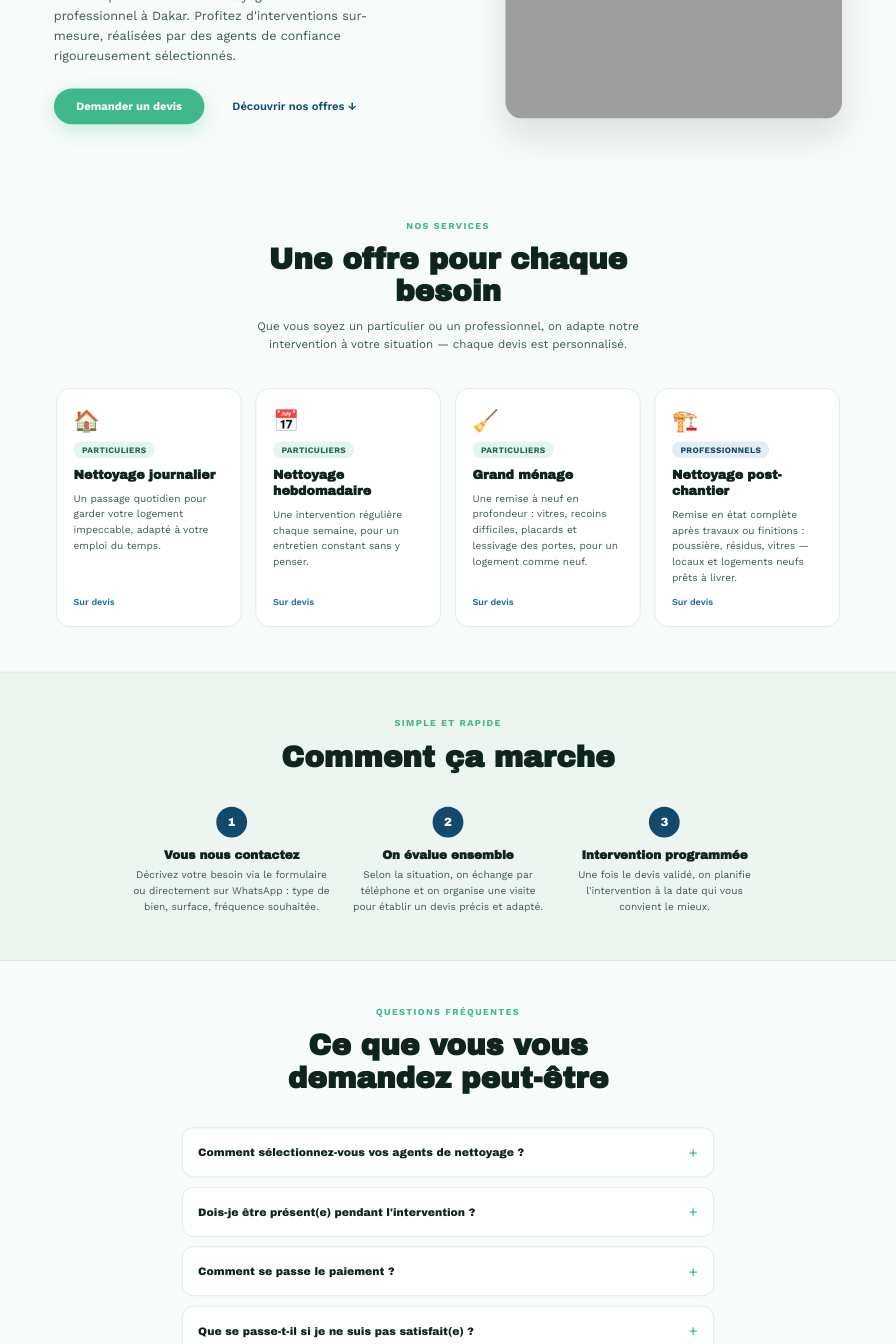
Repository: AntaaaKD/Mme-Propre
Page: index.html
An editor plug-in stored every save of this project. The page is shown before and after a run of saves, followed by the edit.
The browser window is 1280 px wide. The pictures show the part of the page from y = 391 to 2311 px (the page is 3759 px tall before and 4381 px after), at 70% of full size.
Pictures or frames that could not be fetched are drawn as grey boxes.

Above is the page before, as saved 2026-07-29 00:18:18.

After the next 4 saves:
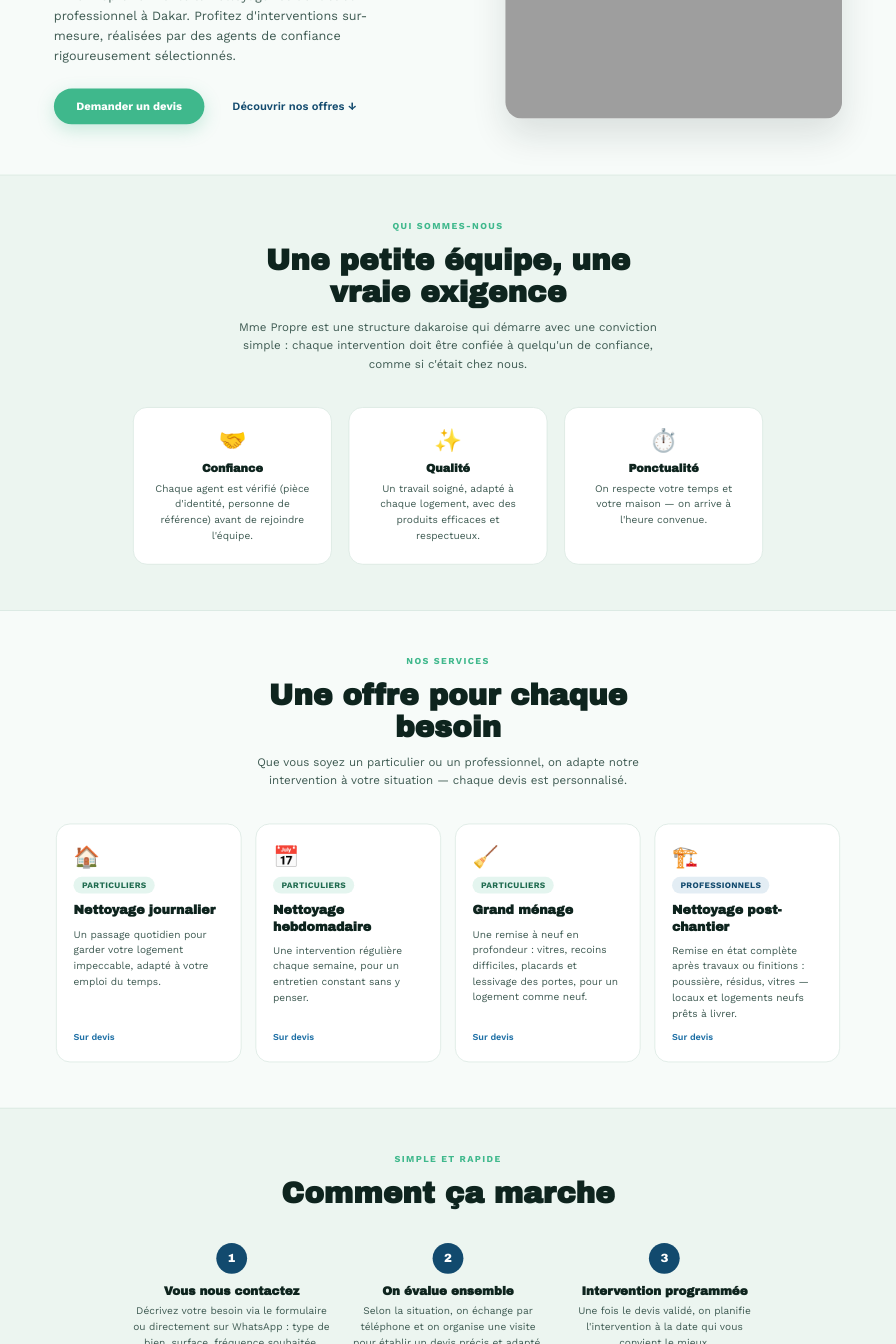
The 4 saves are shown as one change because they came seconds apart.
The last was saved 91 s later.
--- a/index.html
+++ b/index.html
@@ -222,6 +222,35 @@
     </div>
   </div>
 </section>
+
+
+
+<!-- ============ NOUVELLE SECTION : QUI SOMMES-NOUS ============ -->
+<section class="section alt" id="apropos">
+  <div class="section-head">
+    <div class="eyebrow">Qui sommes-nous</div>
+    <h2>Une petite équipe, une vraie exigence</h2>
+    <p>Mme Propre est une structure dakaroise qui démarre avec une conviction simple : chaque intervention doit être confiée à quelqu'un de confiance, comme si c'était chez nous.</p>
+  </div>
+  <div class="values-grid">
+    <div class="value-card">
+      <span class="value-icon">🤝</span>
+      <h4>Confiance</h4>
+      <p>Chaque agent est vérifié (pièce d'identité, personne de référence) avant de rejoindre l'équipe.</p>
+    </div>
+    <div class="value-card">
+      <span class="value-icon">✨</span>
+      <h4>Qualité</h4>
+      <p>Un travail soigné, adapté à chaque logement, avec des produits efficaces et respectueux.</p>
+    </div>
+    <div class="value-card">
+      <span class="value-icon">⏱️</span>
+      <h4>Ponctualité</h4>
+      <p>On respecte votre temps et votre maison — on arrive à l'heure convenue.</p>
+    </div>
+  </div>
+</section>
+<!-- ============ FIN NOUVELLE SECTION ============ -->
 
 <section class="section" id="offres">
   <div class="section-head">
